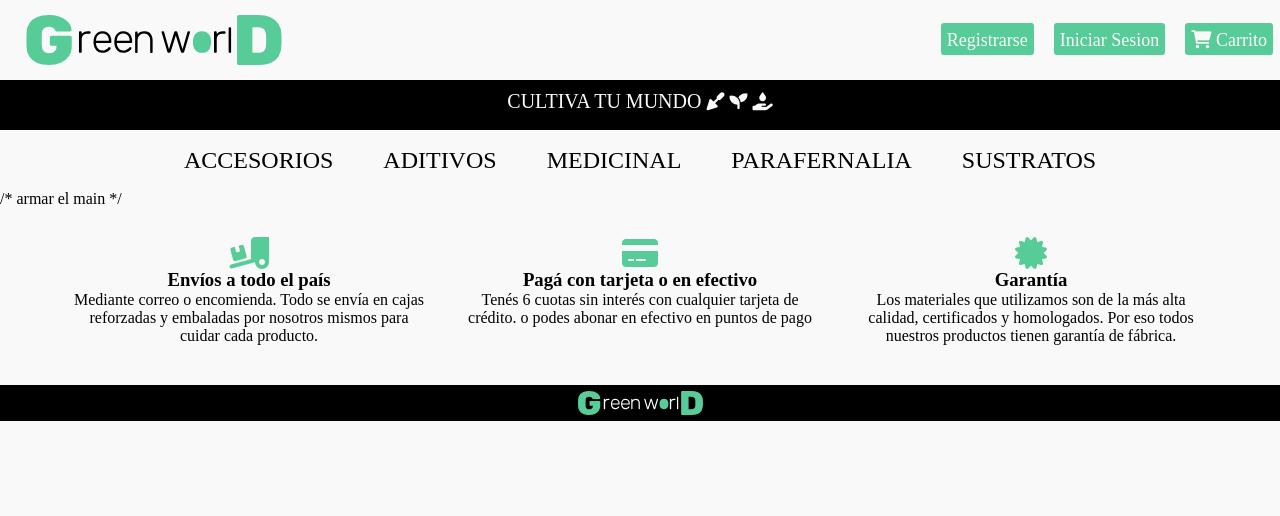
Repository: francoG98/grupo_9_Green_World
Page: source/views/login.html
An editor plug-in stored every save of this project. The page is shown before and after the next save, followed by the edit.
The browser window is 1280 px wide. The pictures show the whole page.
Some web fonts or font styles are not loaded; a fallback is used. Some web libraries are served in a nearby version.

Above is the page before, as saved 2022-06-24 20:30:36.

### source/views/login.html
<!DOCTYPE html>
<html lang="en">
<head>
    <meta charset="UTF-8">
    <meta http-equiv="X-UA-Compatible" content="IE=edge">
    <meta name="viewport" content="width=device-width, initial-scale=1.0">
    <title>Green World</title>

    <link rel="preconnect" href="https://fonts.googleapis.com">
<link rel="preconnect" href="https://fonts.gstatic.com" crossorigin>
<link href="https://fonts.googleapis.com/css2?family=Abel&family=Anek+Gujarati:wght@100;200;300;400;500;600;700;800&display=swap" rel="stylesheet">
<link rel="stylesheet" href="https://cdnjs.cloudflare.com/ajax/libs/font-awesome/6.1.1/css/all.min.css" integrity="sha512-KfkfwYDsLkIlwQp6LFnl8zNdLGxu9YAA1QvwINks4PhcElQSvqcyVLLD9aMhXd13uQjoXtEKNosOWaZqXgel0g==" crossorigin="anonymous" referrerpolicy="no-referrer" />
<link rel="stylesheet" href="/css/main-login.css">
<link rel="stylesheet" href="/css/header.css">
<link rel="stylesheet" href="/css/footer.css">

</head>
<body>
    <header>
        <div class="header-top-bar">
            <figure>
                <a href="/"><img src="/assets/logo-edu.svg" alt="Logo Green World" class="header-logo"></a>
            </figure>
            <div class="chart-burger">
                <a href="/chart" >
                    <i class="fa-solid fa-basket-shopping"></i>
                </a>
                <a href="" >
                    <i class="fas fa-bars"></i>
                </a>
            </div>
            <nav class="header-top-nav-bar">
                <ul>
                    <li><a href="/register">Registrarse</a> </li>
                    <li><a href="/login">Iniciar Sesion</a></li>
                    <li><a href="/chart"><i class="fa-solid fa-cart-shopping"></i>  Carrito</a></li>
                </ul>
            </nav>
        </div>
        <h2>CULTIVA TU MUNDO   <i id="pala" class="fa-solid fa-trowel"></i>    <i id="planta" class="fa-solid fa-seedling"></i>    <i id="agua" class="fa-solid fa-hand-holding-droplet"></i></h2>



        <nav class="header-bottom-nav-bar">
            <ul>
                <li ><a href="/accesorios">ACCESORIOS</a></li>
                <li ><a href="/aditivos">ADITIVOS</a></li>
                <li ><a href="/medicinal">MEDICINAL</a></li>
                <li ><a href="/parafernalia">PARAFERNALIA</a></li>
                <li ><a href="/sustratos">SUSTRATOS</a></li>
            </ul>
        </nav>
    </header>
    <main>
                   /* armar el main */
    </main>
    <footer>
        <div class="footer-top-bar">
            <section>
                <i class="fa-solid fa-truck-ramp-box"></i>
                <h3>Envíos a todo el país</h3>
                <p>Mediante correo o encomienda. Todo se envía en cajas reforzadas y embaladas por nosotros mismos para cuidar cada producto.</p>
            </section>
            <section>
                <i class="fa-solid fa-credit-card"></i>
                <h3>Pagá con tarjeta o en efectivo</h3>
                <p>Tenés 6 cuotas sin interés con cualquier tarjeta de crédito. o podes abonar en efectivo en
                    puntos de pago</p>
            </section>
            <section>
                <i class="fa-solid fa-certificate"></i>
                <h3>Garantía</h3>
                <p>Los materiales que utilizamos son de la más alta calidad, certificados y homologados. Por eso todos nuestros productos tienen garantía de fábrica.</p>
            </section>
        </div>
        <div class="footer-bottom-bar">
            <a href="/"><img src="/assets/logo-blanco-57cc99.svg" alt="Logo Green World" class="header-logo"></a>


        </div>
    </footer>

</body>
</html>

### public/css/main-login.css
*{
    margin: 0px;
    padding: 0px;
    box-sizing: border-box;
    font-family: "Anek Gujarati";
    }
a button{
    text-decoration: none;
    font-size: 18px;
    color:#f9f9f9;
    background-color:#57CC99;
    Width: 40%;
    padding:7px 6px 5px 6px;
    border: none;
    transition: opacity 200ms;
    justify-content: center;
    text-align: center;
    margin-left: 30%;
    margin-top: 1%;
    margin-bottom: 1%;
    border-radius: 3px;
}
input{
    margin-left: 30%;
    margin-top: 1%;
    border: 3px solid #5c3d99;
    width: 40%;
    text-align: center;
    font-size: 16px;
    border-radius: 3px;
}

### public/css/header.css
*{
    margin: 0px;
    padding: 0px;
    box-sizing: border-box;
    font-family: "Anek Gujarati";
    }
header{
    height:72px
}
.header-top-bar{
    display: flex;
    flex-wrap: wrap;
    /*
    background-color: #af95e2;*/
    background-color: #f9f9f9;
    align-items: center;
    justify-content: space-between;
    height: 40px;
    width:100vw;

}
.header-top-bar figure{
    width: 220px;
    height: 32px;;
    margin: 4px;

}
.header-logo{
    width: 100%;
    height:32px;


}
header h2{
    width: 100%;
    text-align: center;
    font-weight: normal;;
    background-color:black;
    color: #f9f9f9;;
    font-size: 18px;
    height:32px;;
    padding-top:6px


}

nav.header-top-nav-bar{
    width: 100%;
    order:3;
}

div.chart-burger{
    display: flex;
    justify-content: flex-end;
    align-items: center;
    gap: 5px;
    margin: 4px 10px;

}
div.chart-burger a{
    text-align:center;
    color:#f9f9f9;;
    /*
    background-color: #3e0b5e;*/
    background-color: #57CC99;
    box-sizing: border-box;
    height:32px;
    font-size: 18px;
    width: 32px;
    padding-top:4.4px;
    border-radius: 3px

}


nav.header-top-nav-bar ul{
    list-style: none;
    margin: 0 ;
    padding: 0;
    display: none;
    justify-content: space-between;
    flex-wrap: wrap;
}
nav.header-top-nav-bar ul li{
    width: 50%
}


.header-bottom-nav-bar ul{
    list-style: none;
    margin: 0 ;
    padding: 0;
    display: none

}

@media(min-width:768px){
    .header-top-nav-bar{
        display: none;
        order: 2;
        width: 100vw
    }

}
@media(min-width:1024px){
    body{background-color: #f9f9f9;

    }
    header{
        background-color: #f9f9f9;
        height: auto

    }
    .header-top-bar{
        display: flex;
        flex-wrap: wrap;
        background-color: #f9f9f9;
        align-items: center;
        justify-content: space-between;
        height: 80px;
        width:100vw;
        max-width: 1400px;
        margin:auto
    }
    .header-top-bar figure{
        width: 300px;
        height: 50px

    }
    .header-logo{
        height:100%;
    }

    nav.header-top-nav-bar{
        height:40px;
        align-items: center;
        display:flex;
        justify-content: flex-end;
        width:auto
    }

    div.chart-burger{
        display: none;
        order:5;
        width: 100%
    }
    nav.header-top-nav-bar ul{
        list-style: none;
        padding: 0;
        display: flex;
        justify-content: flex-end;
        align-items: center;
        flex-wrap: wrap;
        gap: 20px;
        text-decoration: none;
        margin:7px;
        order:3
    }
    nav.header-top-nav-bar ul li {
        width: auto;
    }
    nav.header-top-nav-bar ul li a{
        text-decoration: none;
        font-size: 18px;
        color:#f9f9f9;
        background-color:#57CC99;
        padding:7px 6px 5px 6px;
        border-radius:3px;
        transition: opacity 200ms
    }

    nav.header-top-nav-bar ul li a:hover{
        opacity: 0.7
    }
    header h2{
        width: 100%;
        height: 50px;
        padding-top: 10px;
        font-weight: normal;
        background-color:black;
        color: #f9f9f9;
        font-size: 20px;

    }
    #pala{
        transition: color 500ms, font-size 500ms
    }
    #pala:hover{
        color:#f65a5a;
        font-size: 40px
    }
    #planta{
        transition: color 500ms, font-size 500ms
    }
    #planta:hover{
        color:#80ed99;
        font-size: 40px
    }
    #agua{
        transition: color 500ms, font-size 500ms
    }
    #agua:hover{
        color:#90c0e0;
        font-size: 40px
    }


    .header-bottom-nav-bar ul{

        display: flex;
        justify-content: center;
        align-items: center;
        gap: 50px;
        height: 60px
    }
    .header-bottom-nav-bar ul a{
        text-decoration: none;
        font-size: 24px;
        color: black;

        transition: font-size 200ms
    }
    .header-bottom-nav-bar ul a:hover{
        font-size:30px;
        font-weight: 500;
        color: #57CC99
    }
}

### public/css/footer.css
footer{
    background-color:#f9f9f9

}
.footer-top-bar{
    display:flex;
    flex-wrap:wrap
}
.footer-top-bar section{
    width:100%;
    text-align: center;
    padding:10px
}

.footer-top-bar section i{
    color:#57CC99;
    font-size: 2em;
    line-height:10px;
    margin: auto;
    }
.footer-top-bar section h3{
font-weight:700
}
.footer-top-bar section p{
    font-family:"Abel"
}
.footer-bottom-bar{
    background-color:black;

}
.footer-bottom-bar a{
    display: flex;
    justify-content: center;
    align-content: center;
    padding:6px
}
.footer-bottom-bar a img{
    max-width:125px
}

@media(min-width:768px){
    .footer-top-bar{
        display:flex;
        justify-content: center;
        gap: 10px;
        padding: 30px 5px
    }
    .footer-top-bar section{
        width: 30%
    }


}

After the next save:
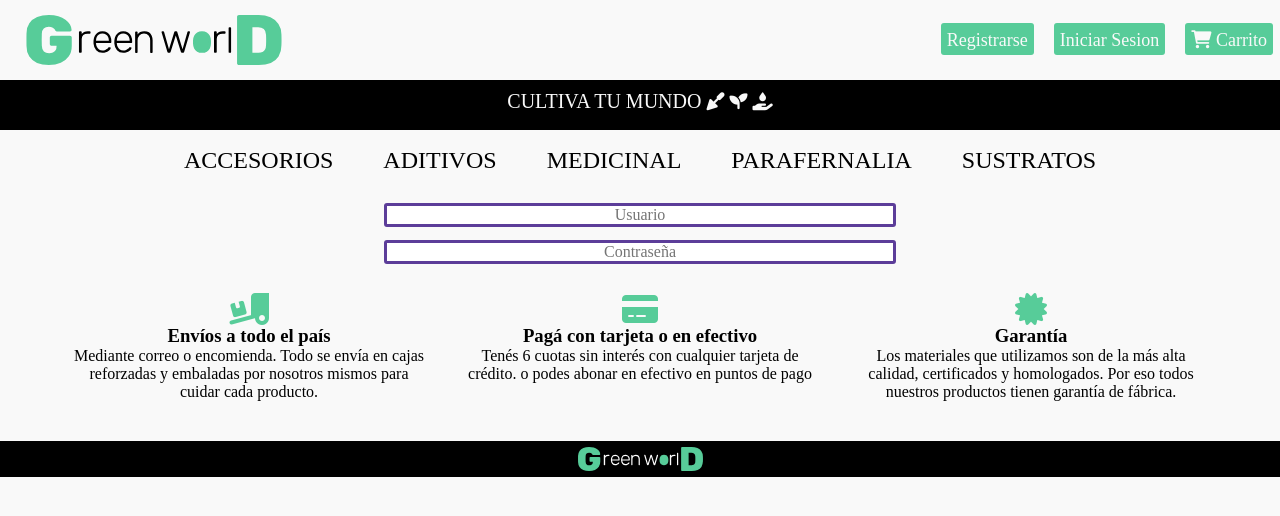
Saved 108 s later.
--- a/source/views/login.html
+++ b/source/views/login.html
@@ -52,7 +52,14 @@
         </nav>
     </header>
     <main>
-                   /* armar el main */
+           <form method="post" action="">
+            <p>
+                <input type="text" name="usuario" placeholder="Usuario" required>
+            </p>
+            <p>
+                <input type='password' name='password' placeholder='Contraseña' required>
+            </p>
+           </form>
     </main>
     <footer>
         <div class="footer-top-bar">
